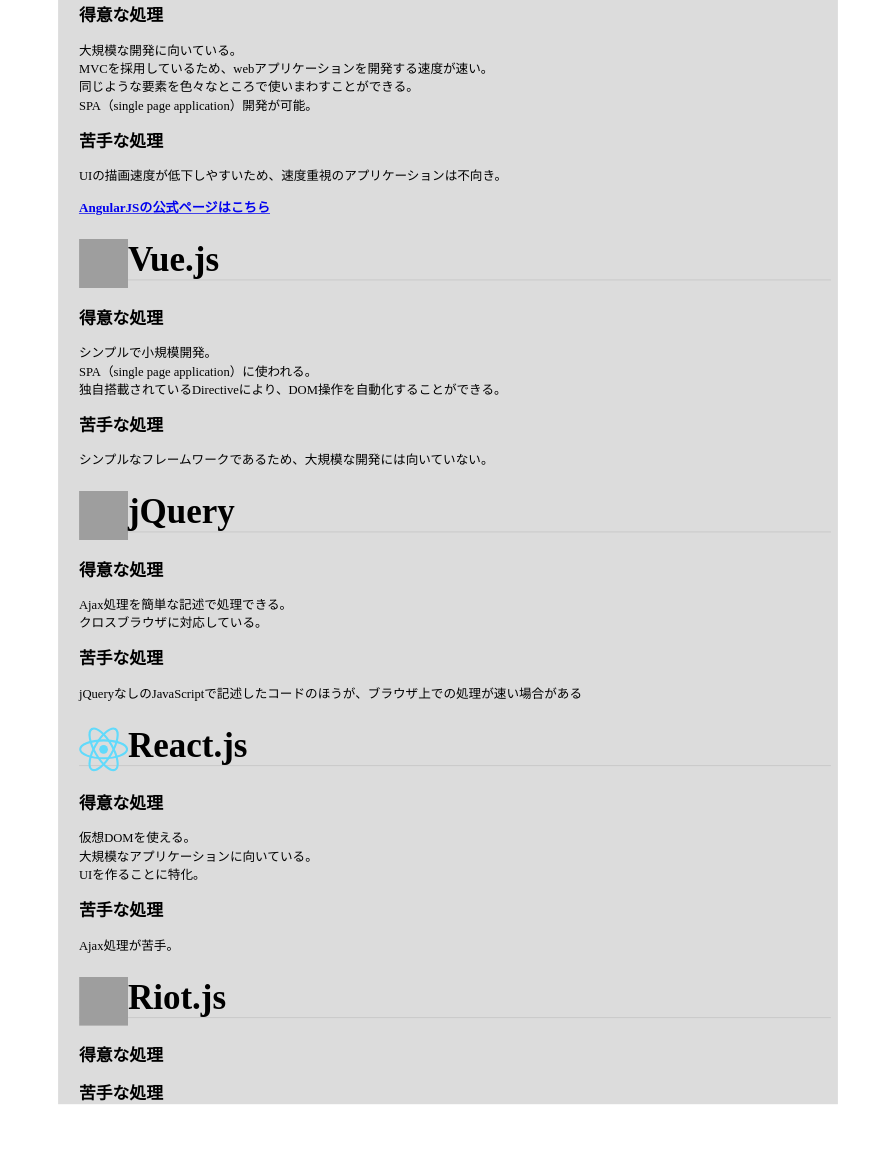
Repository: daichi-python/samurai_HTML_CSS
Page: Framework/index.html
The author's editor kept a record of every edit. The page is drawn from the files as they stood at one moment, then again after the next edit.
The browser window is 1280 px wide. The pictures show the part of the page from y = 809 to 2729 px (the page is 2466 px tall before and 2729 px after), at 70% of full size.
Pictures or frames that could not be fetched are drawn as grey boxes.

Above is the page before.

### Framework/index.html
<!DOCTYPE html>
<html lang="en">
<head>
    <meta charset="UTF-8">
    <meta name="viewport" content="width=device-width, initial-scale=1.0">
    <meta http-equiv="X-UA-Compatible" content="ie=edge">
    <link rel="stylesheet" href="stylesheet.css" type="text/css" />
    <title>JS Framework</title>
</head>
<body>
    <script type="text/javascript" src="main.js"></script>
    <div class="main">
        <h1>JavaScript フレームワークについて</h1>
        <p>今回調べたJavaScriptのフレームワークについてまとめました。</p>
        <p>ライブラリ、ツールについても今回はフレームワークとひとくくりにしてまとめています。</p>
        <div class="fw-list">
            <h2>目次</h2>
            <ol>
                <li>AngularJS</li>
                <li>Vue.js</li>
                <li>jQuery</li>
                <li>React.js</li>
                <li>Riot.js</li>
            </ol>
        </div>
        <div class="framework">
            <div class="fw angular">
                <img src="https://angular.io/assets/images/logos/angular/shield-large.svg"></img>
                <h1 id="angular">AngularJS</h1>
                <div class="detail">
                    <p>
                    AngularJSは、Googleが開発しているフレームワーク。<br>
                    MVCのため役割が異なるプログラムを分けることでスムーズにアプリケーションの開発をすることができる。
                    </p>
                    <h2>得意な処理</h2>
                    <p>
                        大規模な開発に向いている。<br>
                        MVCを採用しているため、webアプリケーションを開発する速度が速い。<br>
                        同じような要素を色々なところで使いまわすことができる。<br>
                        SPA（single page application）開発が可能。
                    </p>
                    <h2>苦手な処理</h2>
                    <p>
                        UIの描画速度が低下しやすいため、速度重視のアプリケーションは不向き。
                    </p>
                    <h3><a href="https://angular.jp/">AngularJSの公式ページはこちら<br></a></h3>
                </div>
            </div>
            <div class="fw vue">
                <img src="https://jp.vuejs.org/images/logo.svg"></img>
                <h1 id="vue.js">Vue.js</h1>
                <div class="detail">
                    <h2>得意な処理</h2>
                    <p>
                        シンプルで小規模開発。<br>
                        SPA（single page application）に使われる。<br>
                        独自搭載されているDirectiveにより、DOM操作を自動化することができる。
                    </p>
                    <h2>苦手な処理</h2>
                    <p>
                        シンプルなフレームワークであるため、大規模な開発には向いていない。
                    </p>
                </div>
            </div>
            <div class="fw jquery">
                <img src="https://pluspng.com/img-png/jquery-logo-png-jquery-logo-png-transparent-background-png-img-transparent-860x868.png"></img>
                <h1 id="jquery">jQuery</h1>
                <div class="detail">
                    <h2>得意な処理</h2>
                    <p>
                        Ajax処理を簡単な記述で処理できる。<br>
                        クロスブラウザに対応している。
                    </p>
                    <h2>苦手な処理</h2>
                    <p>jQueryなしのJavaScriptで記述したコードのほうが、ブラウザ上での処理が速い場合がある</p>
                </div>
            </div>
            <div class="fw react">
                <img src="data:[embedded picture, 514 characters]"></img>
                <h1 id="react">React.js</h1>
                <div class="detail">
                    <h2>得意な処理</h2>
                    <P>
                        仮想DOMを使える。<br>
                        大規模なアプリケーションに向いている。<br>
                        UIを作ることに特化。
                    </P>
                    <h2>苦手な処理</h2>
                    <p>
                        Ajax処理が苦手。
                    </p>
                </div>
            </div>
            <div class="fw riot">
                <img src="https://riot.js.org/img/logo/square.svg"></img>
                <h1 id="riot">Riot.js</h1>
                <div class="detail">
                    <h2>得意な処理</h2>
                    <p>
                    </p>
                    <h2>苦手な処理</h2>
                    <p>
                    </p>
                </div>
            </div>
        </div>
    </div>
    <footer>

    </footer>
</body>
</html>

### Framework/stylesheet.css
.main {
    width: 85%;
    margin: 0 auto;
    padding: 10px 10px 0 30px;
    background-color: #DCDCDC;
}

.main h1 {
    font-size: 50px;
}

.main p {
    font-size: 18px;
}

.fw-list {
    background-color: #CCCCCC;
    width: 200px;
    height: 280px;
    margin: 50px 0;
    padding: 5px 10px;
}

.fw-list li {
    font-size: 18px;
    padding-bottom: 10px;
}

.framework {
    margin: 80px 0;
}

.fw img {
    width: 70px;
    height: 70px;
    float: left;
}

.fw h1 {
    font-size: 50px;
    border-bottom: 1px solid #C0C0C0;
}

Loaded but not shown: Framework/main.js (no stored copy; drawn as an empty file)

After the next edit:
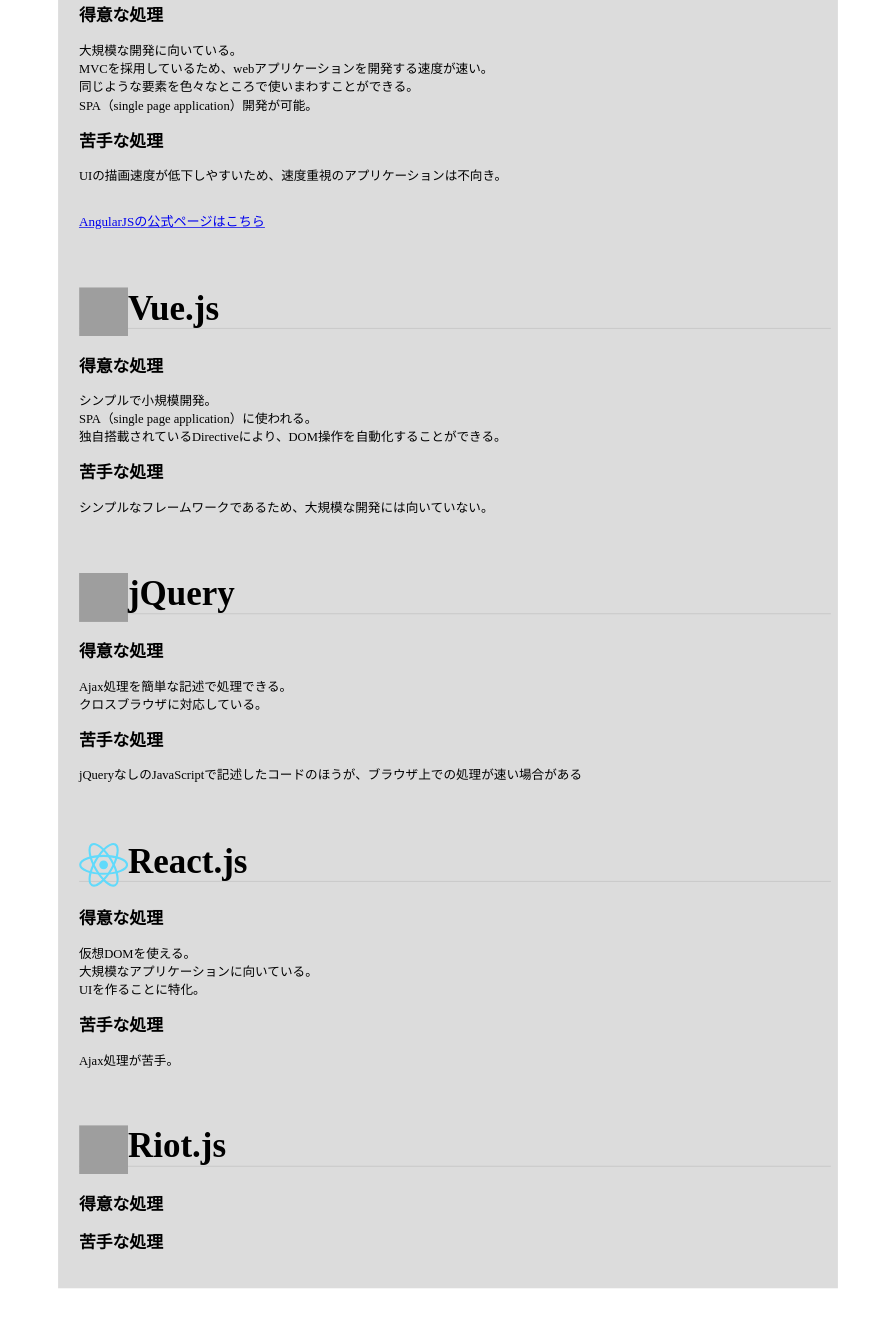
The edit:
--- a/Framework/stylesheet.css
+++ b/Framework/stylesheet.css
@@ -30,6 +30,15 @@
     margin: 80px 0;
 }
 
+.framework h3 {
+    font-weight: normal;
+    padding-top: 20px;
+}
+
+.fw {
+    padding-bottom: 30px;
+}
+
 .fw img {
     width: 70px;
     height: 70px;
